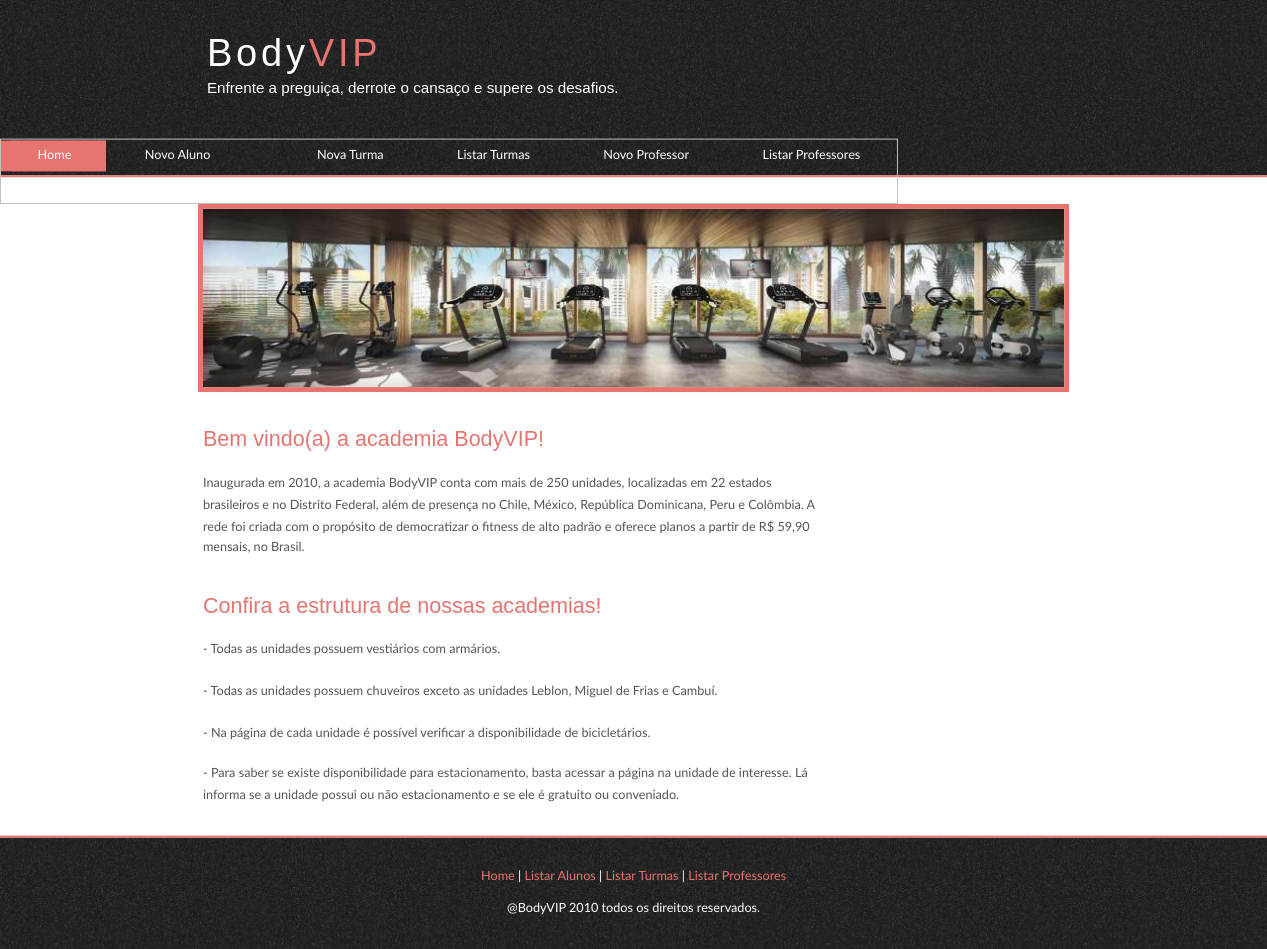
Repository: Thais-Ferreira/Projeto_bodyVIP
Page: http://localhost/BodyVIP/home.jsp
The author's editor kept a copy of each file at every save. The page is drawn from the files as they stood at one save, then again after the next save.
The browser window is 1280 px wide. The pictures show the whole page, at 99% of full size.
The page is served by Tomcat 9. Other server files are loaded and not shown.

Above is the page before, as saved 2017-06-21 18:43:36.

### BodyVIP/WebContent/home.jsp
<%@ page language="java" contentType="text/html; charset=ISO-8859-1"
    pageEncoding="ISO-8859-1"%>
<!DOCTYPE html PUBLIC "-//W3C//DTD HTML 4.01 Transitional//EN" "http://www.w3.org/TR/html4/loose.dtd">
<html>
<head>
	<meta http-equiv="Content-Type" content="text/html; charset=ISO-8859-1">
	<link rel="stylesheet" type="text/css" href="css/style.css" />
	<title>Home</title>
</head>
<body>
	<div id="main">
    <div id="header">
      <div id="logo">
        <div id="logo_text">
          <h1><a href="home.jsp">Body<span class="logo_colour">VIP</span></a></h1>
          <h2>Enfrente a preguiça, derrote o cansaço e supere os desafios.</h2>
        </div>
      </div>
      <div id="menubar">
        <ul id="menu">
          <li class="selected"><a href="home.jsp">Home</a></li>
          <li><a href="AlunoController?acao=cadastro">Novo Aluno</a>
          <ul>
          	<li><a href="AlunoController?acao=buscaLista">Listar Alunos</a></li>
          </ul>
          </li>
          <li><a href="TurmaController?acao=cadastro">Nova Turma</a></li>
          <li><a href="TurmaController?acao=buscaLista">Listar Turmas</a></li>
          <li><a href="ProfessorController?acao=cadastro">Novo Professor</a></li>
          <li><a href="ProfessorController?acao=buscaLista">Listar Professores</a></li>
        </ul>
      </div>
    </div>
    <div id="content_header"></div>
    <div id="site_content">
      <div id="banner"></div>

      <div id="content">
        <h1>Bem vindo(a) a academia BodyVIP!</h1>
        <p>Inaugurada em 2010, a academia BodyVIP conta com mais de 250 unidades, localizadas em 22 estados brasileiros
        e no Distrito Federal, além de presença no Chile, México, República Dominicana, Peru e Colômbia.
        A rede foi criada com o propósito de democratizar o fitness de alto padrão e oferece planos
        a partir de R$ 59,90 mensais, no Brasil.
		</p>
        <h1>Confira a estrutura de nossas academias!</h1>
        <p>- Todas as unidades possuem vestiários com armários.</p>
        <p>- Todas as unidades possuem chuveiros exceto as unidades Leblon, Miguel de Frias e Cambuí.</p>
        <p>- Na página de cada unidade é possível verificar a disponibilidade de bicicletários. </p>
        <p>- Para saber se existe disponibilidade para estacionamento, basta acessar a página na unidade de
        interesse. Lá informa se a unidade possui ou não estacionamento e se ele é gratuito ou conveniado. </p>
      </div>
    </div>
    <div id="content_footer"></div>
    <div id="footer">
      <p><a href="home.jsp">Home</a> | <a href="AlunoController?acao=buscaLista">Listar Alunos</a> | <a href="TurmaController?acao=buscaLista">Listar Turmas</a> | <a href="ProfessorController?acao=buscaLista">Listar Professores</a></p>
      <p>@BodyVIP 2010 todos os direitos reservados.</p>
    </div>
  </div>
</body>
</html>

### BodyVIP/WebContent/css/style.css
@CHARSET "ISO-8859-1";

html
{ height: 100%;}

*
{ margin: 0;
  padding: 0;}

body
{ font: normal .80em 'trebuchet ms', arial, sans-serif;
  background: #FFF;
  color: #555;}

p
{ padding: 0 0 20px 0;
  line-height: 1.7em;}

img
{ border: 0;}

h1, h2, h3, h4, h5, h6
{ color: #E7746F;
  letter-spacing: 0em;
  padding: 0 0 5px 0;}

h1, h2, h3
{ font: normal 170% 'century gothic', arial;
  margin: 0 0 15px 0;
  padding: 15px 0 5px 0;}

h2
{ font-size: 160%;
  padding: 9px 0 5px 0;}

h3
{ font-size: 140%;
  padding: 5px 0 0 0;}

h4, h6
{ color: #009FBC;
  padding: 0 0 5px 0;
  font: normal 110% arial;
  text-transform: uppercase;}

h5, h6
{ color: #888;
  font: normal 95% arial;
  letter-spacing: normal;
  padding: 0 0 15px 0;}

a, a:hover
{ outline: none;
  text-decoration: underline;
  color: #009FBC;}

a:hover
{ text-decoration: none;}

blockquote
{ margin: 20px 0;
  padding: 10px 20px 0 20px;
  border: 1px solid #E5E5DB;
  background: #FFF;}

ul
{ margin: 2px 0 22px 17px;}

ul li
{ list-style-type: circle;
  margin: 0 0 6px 0;
  padding: 0 0 4px 5px;
  line-height: 1.5em;}

ol
{ margin: 8px 0 22px 20px;}

ol li
{ margin: 0 0 11px 0;}

.left
{ float: left;
  width: auto;
  margin-right: 10px;}

.right
{ float: right;
  width: auto;
  margin-left: 10px;}

.center
{ display: block;
  text-align: center;
  margin: 20px auto;}

#main, #logo, #menubar, #site_content, #footer
{ margin-left: auto;
  margin-right: auto;}

#header
{ background: #1d1d1d url(../imagens/pattern.png) repeat;
  border-bottom: 2px solid #E7746F;
  height: 177px;}

#banner
{ background: transparent url(../imagens/banner.jpg) no-repeat;
  width: 870px;
  height: 180px;
  margin-bottom: 20px;
  border: 5px solid #E7746F;}

#logo
{ width: 880px;
  position: relative;
  height: 140px;
  background: transparent;}

#logo #logo_text
{ position: absolute;
  top: 10px;
  left: 0;}

#logo h1, #logo h2
{ font: normal 300% 'century gothic', arial, sans-serif;
  border-bottom: 0;
  text-transform: none;
  margin: 0 0 0 9px;}

#logo_text h1, #logo_text h1 a, #logo_text h1 a:hover
{ padding: 22px 0 0 0;
  color: #FFF;
  letter-spacing: 0.1em;
  text-decoration: none;}

#logo_text h1 a .logo_colour
{ color: #E7746F;}

#logo_text a:hover .logo_colour
{ color: #FFF;}

#logo_text h2
{ font-size: 120%;
  padding: 4px 0 0 0;
  color: #FFF;}

#menubar
{ list-style:none;
border:1px solid #c0c0c0;
float:left;  }

ul#menu
{ float: left;
  margin: 0; }

ul#menu li
{ float: left;
  padding: 0 0 0 9px;
  position: relative;
  list-style: none;
  margin: 1px 2px 0 0;
  background: transparent;}

ul#menu li a
{ font: normal 100% 'trebuchet ms', sans-serif;
  display: block;
  float: left;
  height: 20px;
  padding: 6px 35px 5px 28px;
  text-align: center;
  color: #FFF;
  text-decoration: none;
  background: transparent;}

ul#menu li.selected a
{ height: 20px;
  padding: 6px 35px 5px 28px;}

ul#menu li.selected
{ margin: 1px 2px 0 0;
  background: #E7746F;}

ul#menu li.selected a, ul#menu li.selected a:hover
{ background: #E7746F;
  color: #FFF;}

.menu li:hover ul, .menu li.over ul{display:block;}
ul#menu li a:hover
{ color: #FFF;
  display: block;
  background: #E7746F;}

#site_content
{ width: 880px;
  overflow: hidden;
  margin: 20px auto 0 auto;
  padding: 0 0 10px 0;}

#sidebar_container
{ float: right;
  width: 224px;}

.sidebar_top
{ width: 222px;
  height: 14px;
  background: transparent url(../imagens/side_top.png) no-repeat;}

.sidebar_base
{ width: 222px;
  height: 14px;
  background: url(../imagens/side_base.png) no-repeat;}

.sidebar
{ float: right;
  width: 222px;
  padding: 0;
  margin: 0 0 16px 0;}

.sidebar_item
{ background: url(../imagens/side_back.png) repeat-y;
  padding: 0 15px;
  width: 192px;}

.sidebar li a.selected
{ color: #444;}

.sidebar ul
{ margin: 0;}

#content
{ text-align: left;
  width: 620px;
  padding: 0 0 0 5px;
  float: left;}

#content ul
{ margin: 2px 0 22px 0px;}

#content ul li, .sidebar ul li
{ list-style-type: none;
  background: url(../imagens/bullet.png) no-repeat;
  margin: 0 0 0 0;
  padding: 0 0 4px 25px;
  line-height: 1.5em;}

#footer
{ width: 100%;
  font-family: 'trebuchet ms', sans-serif;
  font-size: 100%;
  height: 80px;
  padding: 28px 0 5px 0;
  text-align: center;
  background: transparent url(../imagens/pattern.png) repeat;
  border-top: 2px solid #E7746F;
  color: #FFF;}

#footer p
{ line-height: 1.7em;
  padding: 0 0 10px 0;}

#footer a
{ color: #E7746F;
  text-decoration: none;}

#footer a:hover
{ color: #FFF;
  text-decoration: none;}

.search
{ color: #5D5D5D;
  border: 1px solid #BBB;
  width: 134px;
  padding: 4px;
  font: 100% arial, sans-serif;}

.form_settings
{ margin: 15px 0 0 0;}

.form_settings p
{ padding: 0 0 4px 0;}

.form_settings span
{ float: left;
  width: 200px;
  text-align: left;}

.form_settings input, .form_settings textarea
{ padding: 5px;
  width: 299px;
  font: 100% arial;
  border: 1px solid #E5E5DB;
  background: #FFF;
  color: #47433F;}

.form_settings .submit
{ font: 100% arial;
  border: 0;
  width: 99px;
  margin: 0 0 0 212px;
  height: 33px;
  padding: 2px 0 3px 0;
  cursor: pointer;
  background: #E7746F;
  color: #FFF;}

.form_settings textarea, .form_settings select
{ font: 100% arial;
  width: 299px;}

.form_settings select
{ width: 310px;}

.form_settings .checkbox
{ margin: 4px 0;
  padding: 0;
  width: 14px;
  border: 0;
  background: none;}

.separator
{ width: 100%;
  height: 0;
  border-top: 1px solid #D9D5CF;
  border-bottom: 1px solid #FFF;
  margin: 0 0 20px 0;}

table
{ margin: 0 0 30px 0;}

table tr th, table tr td
{ background: #E5E5DB;
  color: #47433F;
  padding: 7px 4px;
  text-align: center;}

table tr td
{ background: #E5E5DB;
  color: #47433F;
  border-top: 1px solid #FFF;}

.menu{
list-style:none;
border:1px solid #c0c0c0;
float:left;
}

.menu li{
position:relative;
float:left;
border-right:1px solid #c0c0c0;
}

.menu li a{color:#333; text-decoration:none; padding:5px 10px; display:block;}

.menu li a:hover{
background:#333;
color:#fff;
-moz-box-shadow:0 3px 10px 0 #CCC;
-webkit-box-shadow:0 3px 10px 0 #ccc;
text-shadow:0px 0px 5px #fff;
}

.menu li  ul{
position:absolute;
top:25px;
left:0;
background-color:#fff;
display:none;
}

After the next save:
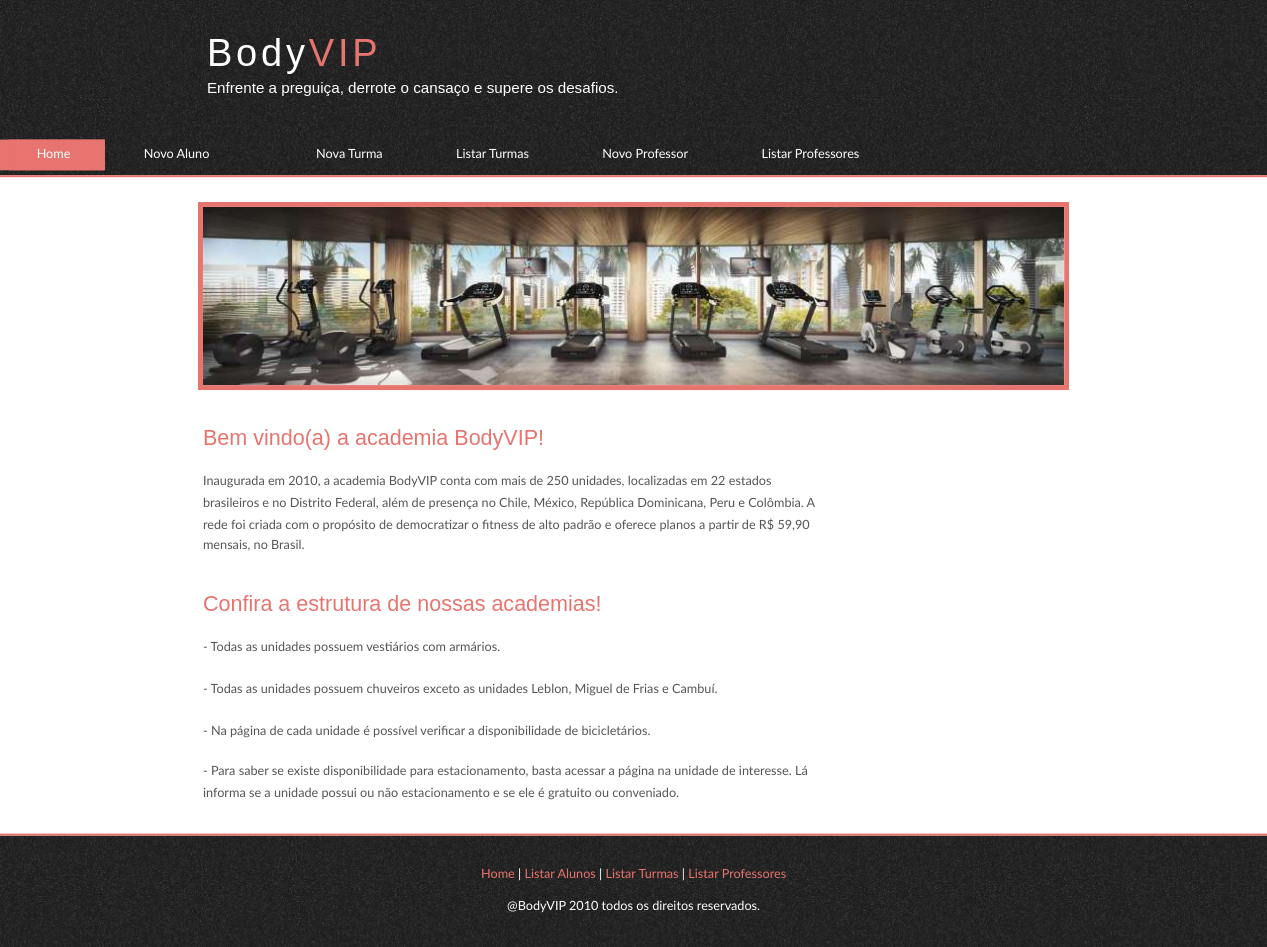
Saved 33 s later.
--- a/BodyVIP/WebContent/css/style.css
+++ b/BodyVIP/WebContent/css/style.css
@@ -145,7 +145,6 @@ ol li
 
 #menubar
 { list-style:none;
-border:1px solid #c0c0c0;
 float:left;  }
 
 ul#menu
